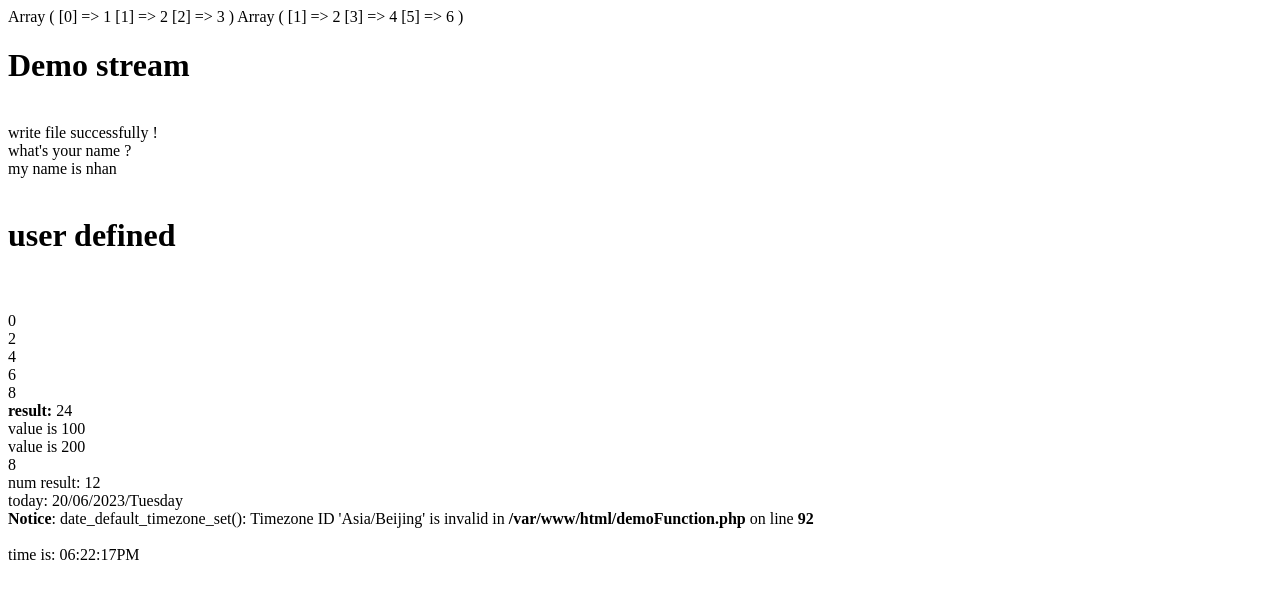
Repository: HoangLinh2001/PHP
Page: http://localhost/demoFunction.php
The author's editor kept a copy of each file at every save. The page is drawn from the files as they stood at one save, then again after the next save.
The browser window is 1280 px wide. The pictures show the whole page.
The page is run by PHP 8.4 with error messages shown; the project is at /var/www/html/.

Above is the page before, as saved 2023-06-20 19:31:58.

After the next save:
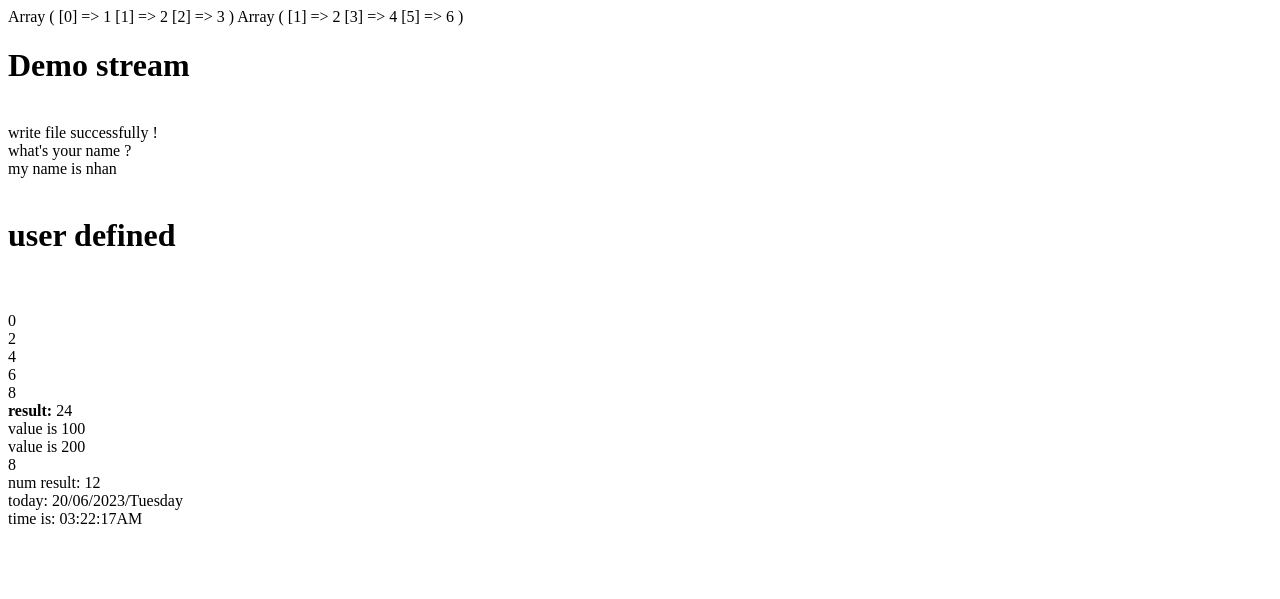
Saved 26 s later.
--- a/DEMOPHPBUOI2/demoFunction.php
+++ b/DEMOPHPBUOI2/demoFunction.php
@@ -89,7 +89,7 @@ $today = date("d/m/Y/l");
 echo "</br> today: " . $today;
 
 //time() funtion
-date_default_timezone_set('Asia/Beijing');
+date_default_timezone_set('Asia/Tokyo');
 $time = date("h:i:sA");
 echo "</br> time is: " . $time;
 ?>
